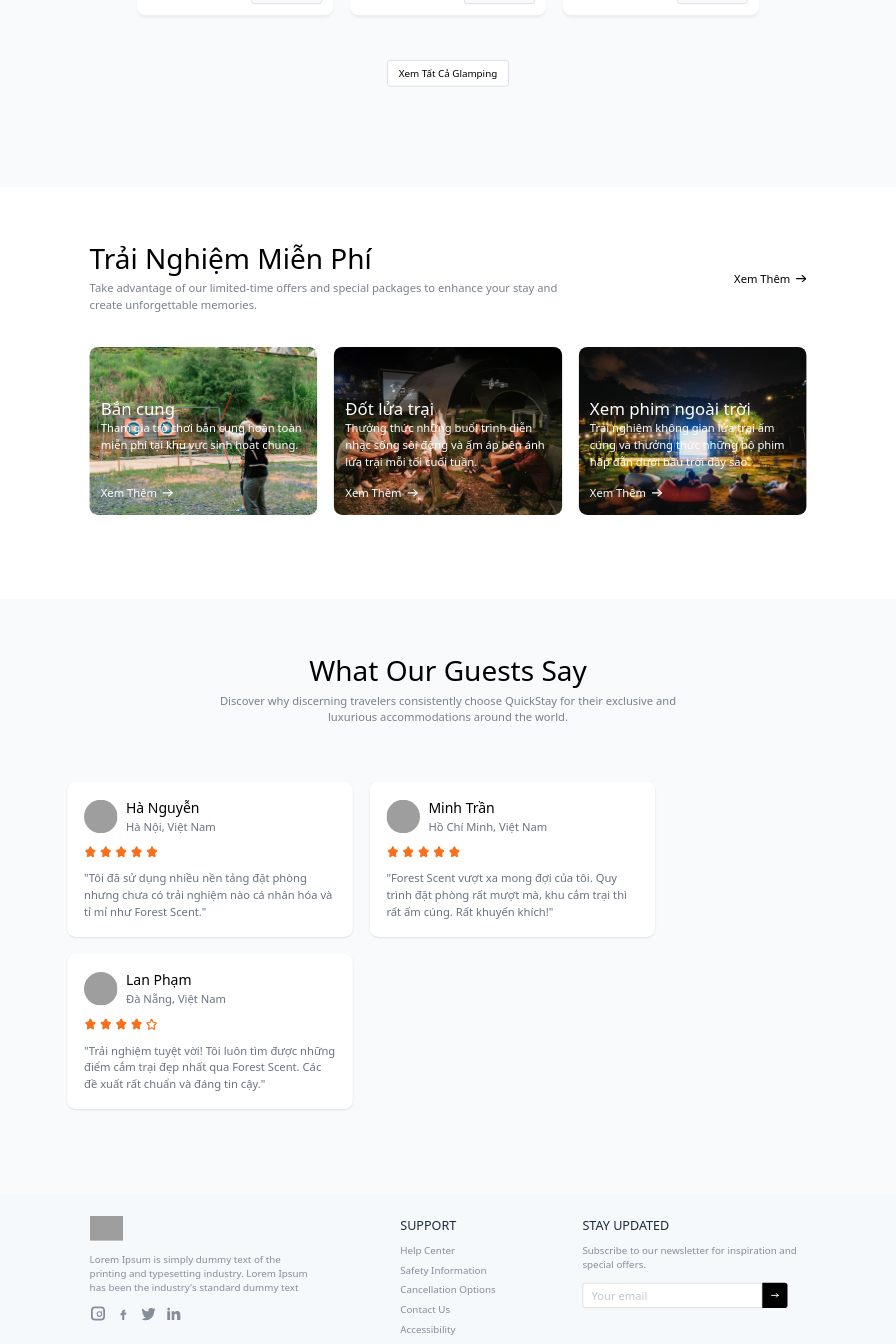
Repository: Ponn-Star/My-App
Page: / (app in FrontEnd/)
An editor plug-in stored every save of this project. The page is shown before and after the next save, followed by the edit.
The browser window is 1280 px wide. The pictures show the part of the page from y = 1331 to 3251 px (the page is 3337 px tall), at 70% of full size.
Pictures or frames that could not be fetched are drawn as grey boxes. The page's requests for data from a server got no answer. The project was rebuilt for these pictures with package versions that can differ from the ones it lists, and the page was loaded fresh each time. Some packages were replaced by stand-ins written for this rebuild. No one was signed in, and anything a server would have sent is missing. Also part of the build but not shown: FrontEnd/vite.config.js, FrontEnd/src/assets/assets.js, FrontEnd/src/components/Admin/Navbar.jsx, FrontEnd/src/pages/AllRooms.jsx, FrontEnd/src/pages/RoomDetails.jsx, FrontEnd/src/pages/MyBookings.jsx, FrontEnd/src/components/Admin/Sidebar.jsx, FrontEnd/src/pages/Admin/Layout.jsx and 5 more.

Above is the page before, as saved 2025-06-06 00:12:50.

After the next save:
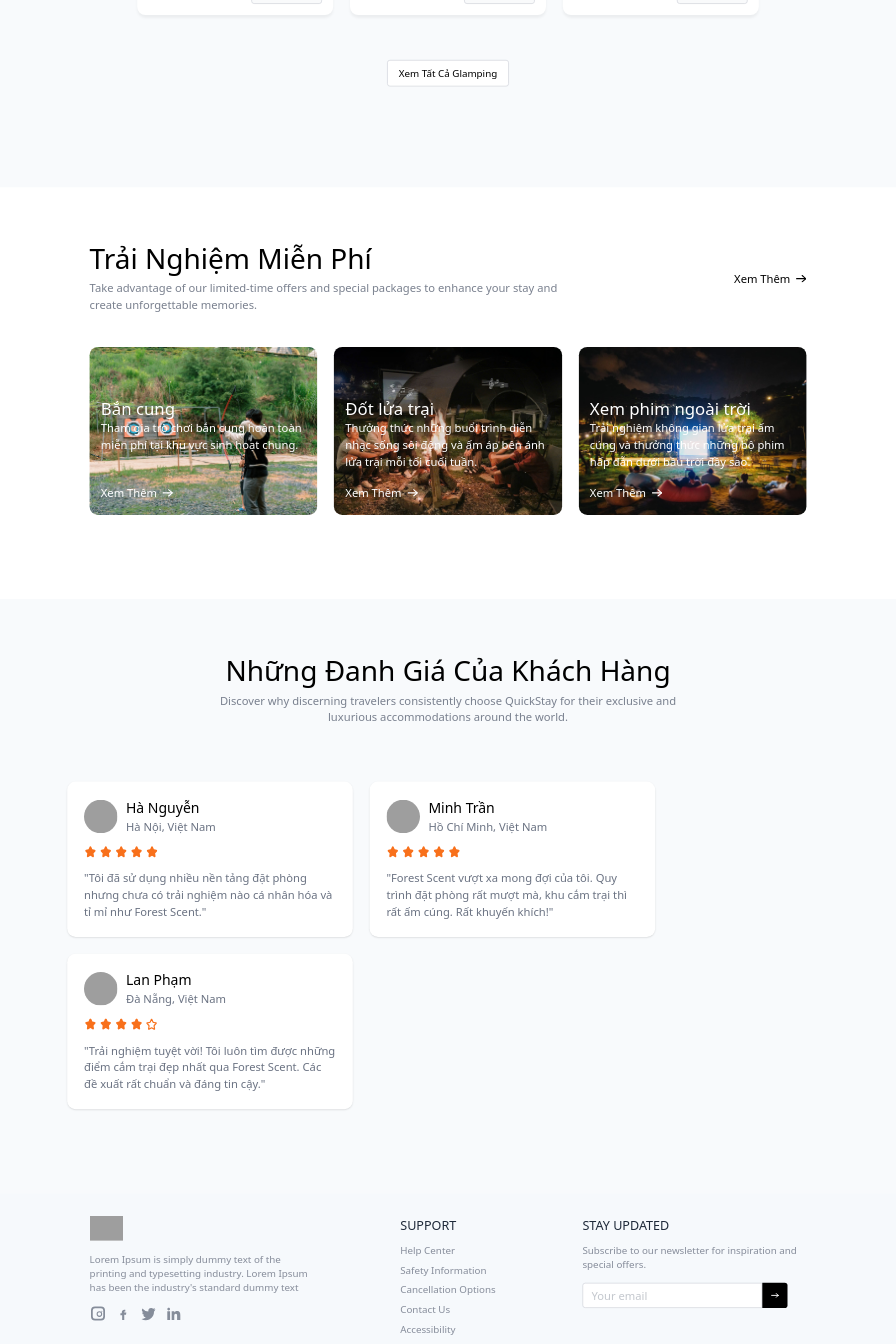
Saved 30 s later.
--- a/FrontEnd/src/components/Testimonial.jsx
+++ b/FrontEnd/src/components/Testimonial.jsx
@@ -7,7 +7,7 @@ const Testimonial = () => {
   return (
     <div className='flex flex-col items-center px-6 md:px-16 lg:px-24 bg-slate-50 pt-20 pb-30'>
       <Title
-        title="What Our Guests Say"
+        title="Những Đanh Giá Của Khách Hàng"
         subTitle="Discover why discerning travelers consistently choose QuickStay for their exclusive and luxurious accommodations around the world."
       />
 
